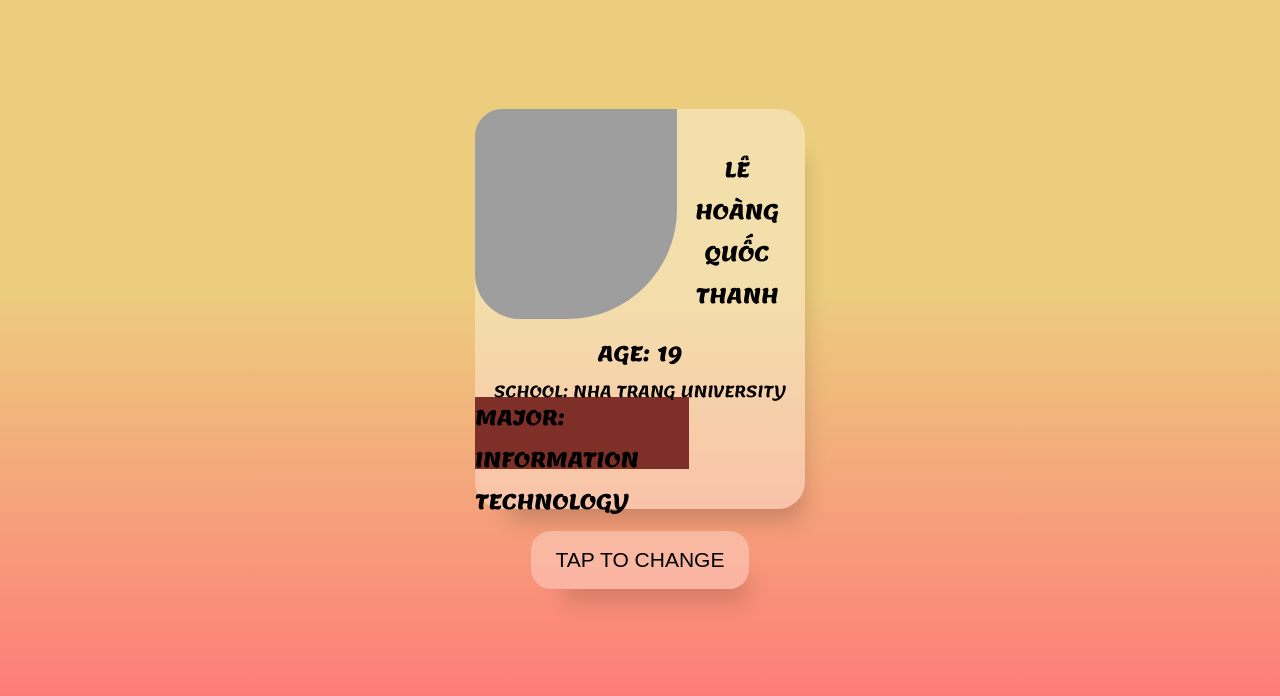
Repository: ThanhThn/profile
Page: index.html
The author's editor kept a copy of each file at every save. The page is drawn from the files as they stood at one save, then again after the next save.
The browser window is 1280 px wide. The pictures show the whole page.
Pictures or frames that could not be fetched are drawn as grey boxes. Some web fonts or font styles are not loaded; a fallback is used.

Above is the page before, as saved 2022-12-05 20:13:09.

After the next save:
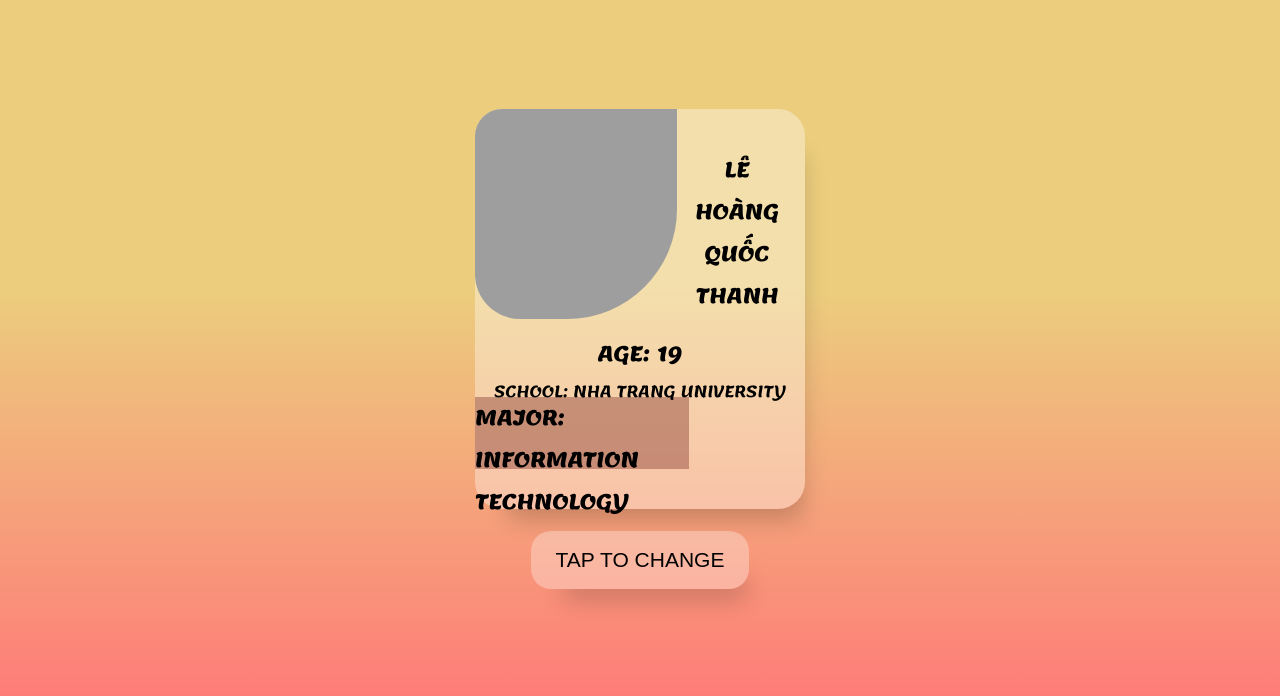
Saved 8 s later.
--- a/style.css
+++ b/style.css
@@ -69,7 +69,7 @@ span{
 .major{
     width: 214px;
     height: 72px;
-    background-color: rgba(126, 48, 40, 1);
+    background-color: rgba(126, 48, 40, .4);
 }
 .btn{
     background: rgba(255, 255, 255, .3);
